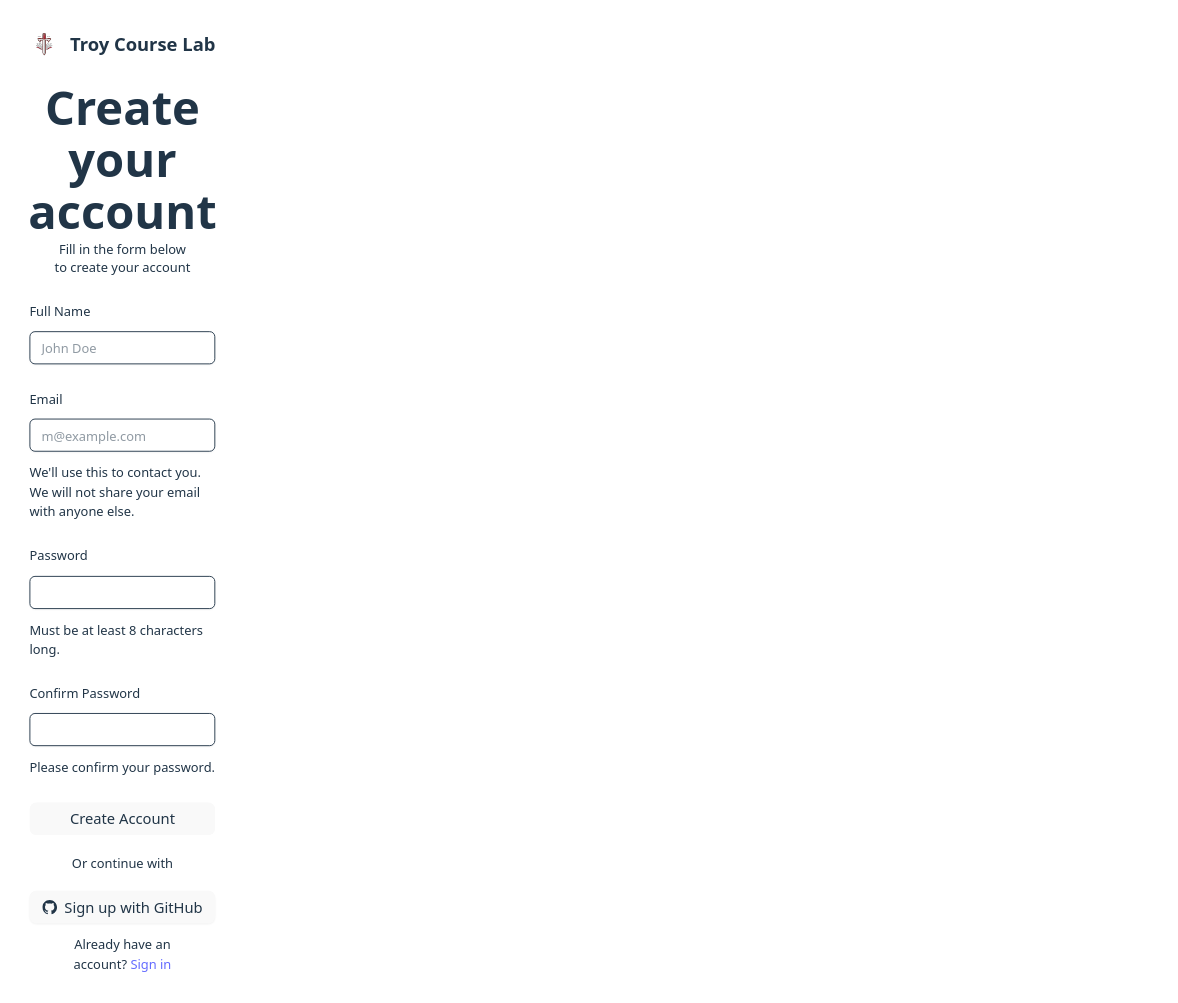
Repository: toilatrung/auth-ui-kit
Page: /register
The author's editor kept a copy of each file at every save. The page is drawn from the files as they stood at one save, then again after the next save.
The browser window is 1280 px wide. The pictures show the whole page, at 92% of full size.
The project was rebuilt for these pictures with package versions that can differ from the ones it lists, and the page was loaded fresh each time. Also part of the build but not shown: vite.config.ts, src/pages/LoginPage.tsx.

Above is the page before, as saved 2025-11-01 17:03:39.

After the next save:
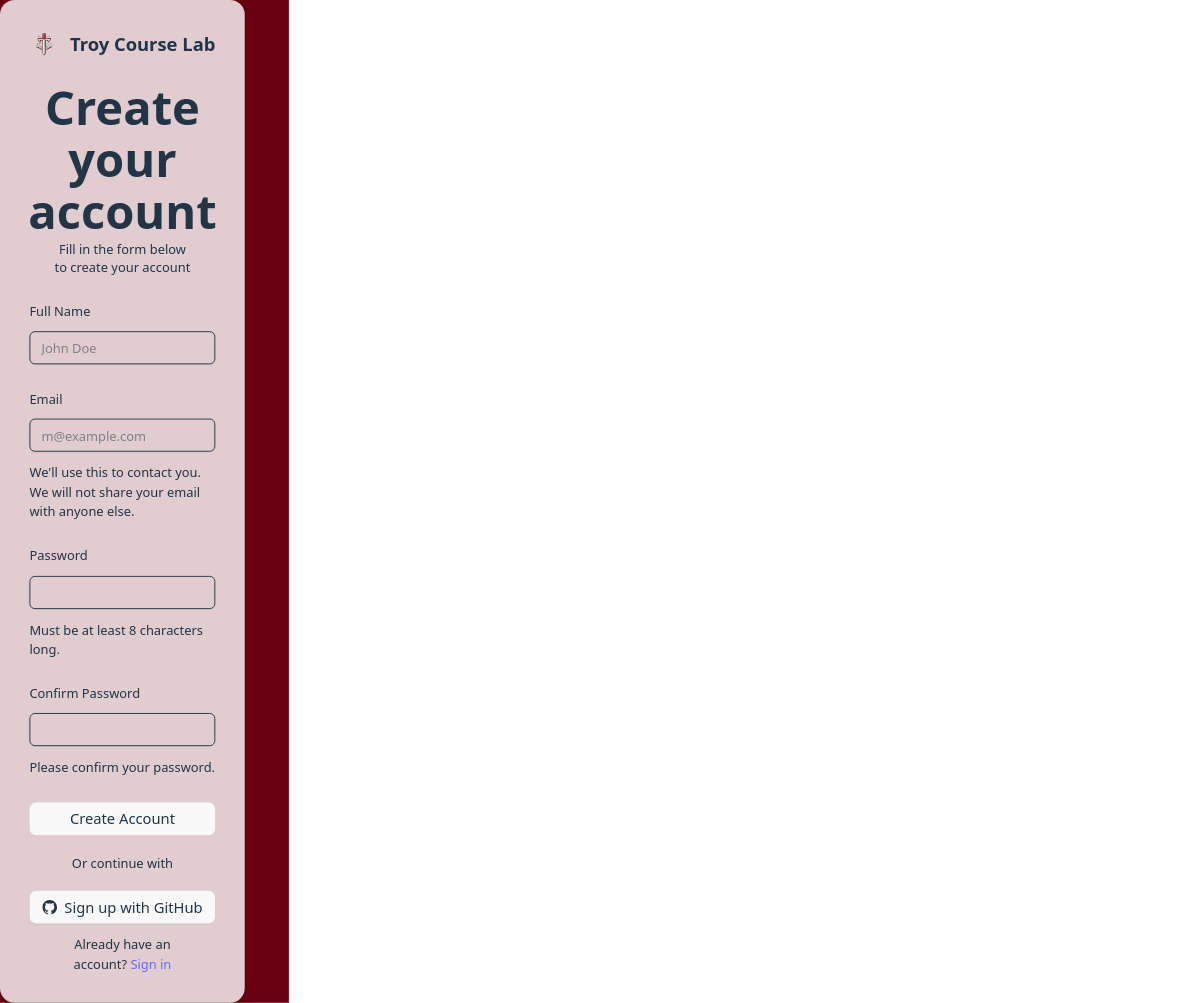
Saved 2 min 13 s later.
--- a/src/pages/RegisterPage.tsx
+++ b/src/pages/RegisterPage.tsx
@@ -2,8 +2,11 @@
 
 const RegisterPage = () => {
   return (
-    <div className="flex min-h-screen flex-col items-center justify-center bg-background">
-      <div className="w-full max-w-md space-y-6 p-8">
+    <div
+      className="flex min-h-screen items-center justify-end bg-cover bg-center"
+      style={{ backgroundImage: "url('/authetication_page_png.png')" }}
+    >
+      <div className="w-full max-w-md space-y-6 p-8 bg-white/80 rounded-2xl shadow-lg mr-12">
         {/* Logo + Title */}
         <div className="flex items-center justify-center gap-3">
           <img
